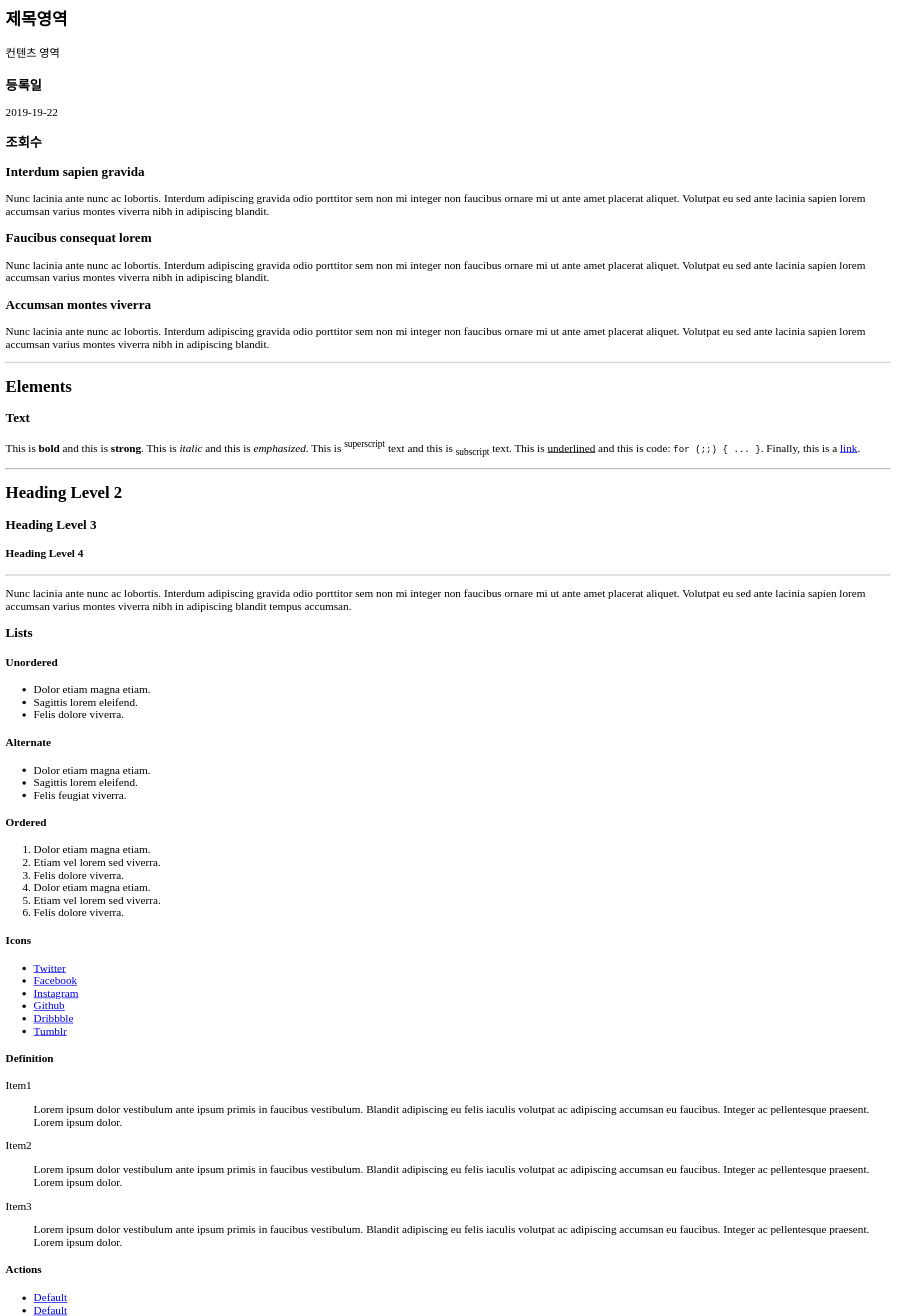
Repository: noCountJun/blog
Page: http://localhost/blogProject2/WEB-INF/views/board/boardDetail.jsp
The author's editor kept a copy of each file at every save. The page is drawn from the files as they stood at one save, then again after the next save.
The browser window is 1280 px wide. The page is 1288 px wide, so the pictures cover 1288 px, including what lies to the right of the window. The pictures show the part of the page from y = 0 to 1880 px (the page is 7579 px tall before and 7678 px after), at 70% of full size.
The page is served by Tomcat 9. Nobody is signed in. Other server files are loaded and not shown. The template is opened directly, without the code that normally fills it, so the values that code supplies are empty.

Above is the page before, as saved 2019-08-23 07:51:38.

### blogProject2/src/main/webapp/WEB-INF/views/board/boardDetail.jsp
<%@ page contentType="text/html; charset=utf-8" pageEncoding="utf-8"%>
<%@ taglib uri="http://java.sun.com/jsp/jstl/core" prefix="c" %>
<%@ page session="false" %>

<!-- Content -->
<section>

	<!-- Content -->
		<h2 id="content">제목영역</h2>

		<div class="box">
				컨텐츠 영역
		</div>

		<p/>

		<div class="row">
			<div class="col-6 col-12-small">
				<h3>등록일</h3>
				<p>2019-19-22</p>
			</div>
			<div class="col-6 col-12-small">
				<h3>조회수</h3>
				<p></p>
			</div>
			<!-- Break -->
			<div class="col-4 col-12-medium">
				<h3>Interdum sapien gravida</h3>
				<p>Nunc lacinia ante nunc ac lobortis. Interdum adipiscing gravida odio porttitor sem non mi integer non faucibus ornare mi ut ante amet placerat aliquet. Volutpat eu sed ante lacinia sapien lorem accumsan varius montes viverra nibh in adipiscing blandit.</p>
			</div>
			<div class="col-4 col-12-medium">
				<h3>Faucibus consequat lorem</h3>
				<p>Nunc lacinia ante nunc ac lobortis. Interdum adipiscing gravida odio porttitor sem non mi integer non faucibus ornare mi ut ante amet placerat aliquet. Volutpat eu sed ante lacinia sapien lorem accumsan varius montes viverra nibh in adipiscing blandit.</p>
			</div>
			<div class="col-4 col-12-medium">
				<h3>Accumsan montes viverra</h3>
				<p>Nunc lacinia ante nunc ac lobortis. Interdum adipiscing gravida odio porttitor sem non mi integer non faucibus ornare mi ut ante amet placerat aliquet. Volutpat eu sed ante lacinia sapien lorem accumsan varius montes viverra nibh in adipiscing blandit.</p>
			</div>
		</div>

	<hr class="major" />

	<!-- Elements -->
		<h2 id="elements">Elements</h2>
		<div class="row gtr-200">
			<div class="col-6 col-12-medium">

				<!-- Text stuff -->
					<h3>Text</h3>
					<p>This is <b>bold</b> and this is <strong>strong</strong>. This is <i>italic</i> and this is <em>emphasized</em>.
					This is <sup>superscript</sup> text and this is <sub>subscript</sub> text.
					This is <u>underlined</u> and this is code: <code>for (;;) { ... }</code>.
					Finally, this is a <a href="#">link</a>.</p>
					<hr />
					<h2>Heading Level 2</h2>
					<h3>Heading Level 3</h3>
					<h4>Heading Level 4</h4>
					<hr />
					<p>Nunc lacinia ante nunc ac lobortis. Interdum adipiscing gravida odio porttitor sem non mi integer non faucibus ornare mi ut ante amet placerat aliquet. Volutpat eu sed ante lacinia sapien lorem accumsan varius montes viverra nibh in adipiscing blandit tempus accumsan.</p>

				<!-- Lists -->
					<h3>Lists</h3>
					<div class="row">
						<div class="col-6 col-12-small">

							<h4>Unordered</h4>
							<ul>
								<li>Dolor etiam magna etiam.</li>
								<li>Sagittis lorem eleifend.</li>
								<li>Felis dolore viverra.</li>
							</ul>

							<h4>Alternate</h4>
							<ul class="alt">
								<li>Dolor etiam magna etiam.</li>
								<li>Sagittis lorem eleifend.</li>
								<li>Felis feugiat viverra.</li>
							</ul>

						</div>
						<div class="col-6 col-12-small">

							<h4>Ordered</h4>
							<ol>
								<li>Dolor etiam magna etiam.</li>
								<li>Etiam vel lorem sed viverra.</li>
								<li>Felis dolore viverra.</li>
								<li>Dolor etiam magna etiam.</li>
								<li>Etiam vel lorem sed viverra.</li>
								<li>Felis dolore viverra.</li>
							</ol>

							<h4>Icons</h4>
							<ul class="icons">
								<li><a href="#" class="icon brands fa-twitter"><span class="label">Twitter</span></a></li>
								<li><a href="#" class="icon brands fa-facebook-f"><span class="label">Facebook</span></a></li>
								<li><a href="#" class="icon brands fa-instagram"><span class="label">Instagram</span></a></li>
								<li><a href="#" class="icon brands fa-github"><span class="label">Github</span></a></li>
								<li><a href="#" class="icon brands fa-dribbble"><span class="label">Dribbble</span></a></li>
								<li><a href="#" class="icon brands fa-tumblr"><span class="label">Tumblr</span></a></li>
							</ul>

						</div>
					</div>
					<h4>Definition</h4>
					<dl>
						<dt>Item1</dt>
						<dd>
							<p>Lorem ipsum dolor vestibulum ante ipsum primis in faucibus vestibulum. Blandit adipiscing eu felis iaculis volutpat ac adipiscing accumsan eu faucibus. Integer ac pellentesque praesent. Lorem ipsum dolor.</p>
						</dd>
						<dt>Item2</dt>
						<dd>
							<p>Lorem ipsum dolor vestibulum ante ipsum primis in faucibus vestibulum. Blandit adipiscing eu felis iaculis volutpat ac adipiscing accumsan eu faucibus. Integer ac pellentesque praesent. Lorem ipsum dolor.</p>
						</dd>
						<dt>Item3</dt>
						<dd>
							<p>Lorem ipsum dolor vestibulum ante ipsum primis in faucibus vestibulum. Blandit adipiscing eu felis iaculis volutpat ac adipiscing accumsan eu faucibus. Integer ac pellentesque praesent. Lorem ipsum dolor.</p>
						</dd>
					</dl>

					<h4>Actions</h4>
					<ul class="actions">
						<li><a href="#" class="button primary">Default</a></li>
						<li><a href="#" class="button">Default</a></li>
					</ul>
					<ul class="actions small">
						<li><a href="#" class="button primary small">Small</a></li>
						<li><a href="#" class="button small">Small</a></li>
					</ul>
					<div class="row">
						<div class="col-6 col-12-small">
							<ul class="actions stacked">
								<li><a href="#" class="button primary">Default</a></li>
								<li><a href="#" class="button">Default</a></li>
							</ul>
						</div>
						<div class="col-6 col-12-small">
							<ul class="actions stacked">
								<li><a href="#" class="button primary small">Small</a></li>
								<li><a href="#" class="button small">Small</a></li>
							</ul>
						</div>
						<div class="col-6 col-12-small">
							<ul class="actions stacked">
								<li><a href="#" class="button primary fit">Default</a></li>
								<li><a href="#" class="button fit">Default</a></li>
							</ul>
						</div>
						<div class="col-6 col-12-small">
							<ul class="actions stacked">
								<li><a href="#" class="button primary small fit">Small</a></li>
								<li><a href="#" class="button small fit">Small</a></li>
							</ul>
						</div>
					</div>

					<h4>Pagination</h4>
					<ul class="pagination">
						<li><span class="button disabled">Prev</span></li>
						<li><a href="#" class="page active">1</a></li>
						<li><a href="#" class="page">2</a></li>
						<li><a href="#" class="page">3</a></li>
						<li><span>&hellip;</span></li>
						<li><a href="#" class="page">8</a></li>
						<li><a href="#" class="page">9</a></li>
						<li><a href="#" class="page">10</a></li>
						<li><a href="#" class="button">Next</a></li>
					</ul>

				<!-- Blockquote -->
					<h3>Blockquote</h3>
					<blockquote>Lorem ipsum dolor vestibulum ante ipsum primis in faucibus vestibulum. Blandit adipiscing eu felis iaculis volutpat ac adipiscing accumsan eu faucibus. Integer ac pellentesque praesent. Lorem ipsum dolor. Lorem ipsum dolor vestibulum ante ipsum primis in faucibus vestibulum. Blandit adipiscing eu felis iaculis volutpat ac adipiscing accumsan eu faucibus.</blockquote>

				<!-- Table -->
					<h3>Table</h3>

					<h4>Default</h4>
					<div class="table-wrapper">
						<table>
							<thead>
								<tr>
									<th>Name</th>
									<th>Description</th>
									<th>Price</th>
								</tr>
							</thead>
							<tbody>
								<tr>
									<td>Item1</td>
									<td>Ante turpis integer aliquet porttitor.</td>
									<td>29.99</td>
								</tr>
								<tr>
									<td>Item2</td>
									<td>Vis ac commodo adipiscing arcu aliquet.</td>
									<td>19.99</td>
								</tr>
								<tr>
									<td>Item3</td>
									<td> Morbi faucibus arcu accumsan lorem.</td>
									<td>29.99</td>
								</tr>
								<tr>
									<td>Item4</td>
									<td>Vitae integer tempus condimentum.</td>
									<td>19.99</td>
								</tr>
								<tr>
									<td>Item5</td>
									<td>Ante turpis integer aliquet porttitor.</td>
									<td>29.99</td>
								</tr>
							</tbody>
							<tfoot>
								<tr>
									<td colspan="2"></td>
									<td>100.00</td>
								</tr>
							</tfoot>
						</table>
					</div>

					<h4>Alternate</h4>
					<div class="table-wrapper">
						<table class="alt">
							<thead>
								<tr>
									<th>Name</th>
									<th>Description</th>
									<th>Price</th>
								</tr>
							</thead>
							<tbody>
								<tr>
									<td>Item1</td>
									<td>Ante turpis integer aliquet porttitor.</td>
									<td>29.99</td>
								</tr>
								<tr>
									<td>Item2</td>
									<td>Vis ac commodo adipiscing arcu aliquet.</td>
									<td>19.99</td>
								</tr>
								<tr>
									<td>Item3</td>
									<td> Morbi faucibus arcu accumsan lorem.</td>
									<td>29.99</td>
								</tr>
								<tr>
									<td>Item4</td>
									<td>Vitae integer tempus condimentum.</td>
									<td>19.99</td>
								</tr>
								<tr>
									<td>Item5</td>
									<td>Ante turpis integer aliquet porttitor.</td>
									<td>29.99</td>
								</tr>
							</tbody>
							<tfoot>
								<tr>
									<td colspan="2"></td>
									<td>100.00</td>
								</tr>
							</tfoot>
						</table>
					</div>

			</div>
			<div class="col-6 col-12-medium">

				<!-- Buttons -->
					<h3>Buttons</h3>
					<ul class="actions">
						<li><a href="#" class="button primary">Primary</a></li>
						<li><a href="#" class="button">Default</a></li>
					</ul>
					<ul class="actions">
						<li><a href="#" class="button large">Large</a></li>
						<li><a href="#" class="button">Default</a></li>
						<li><a href="#" class="button small">Small</a></li>
					</ul>
					<ul class="actions">
						<li><a href="#" class="button primary large">Large</a></li>
						<li><a href="#" class="button primary">Default</a></li>
						<li><a href="#" class="button primary small">Small</a></li>
					</ul>
					<ul class="actions fit">
						<li><a href="#" class="button primary fit">Fit</a></li>
						<li><a href="#" class="button fit">Fit</a></li>
					</ul>
					<ul class="actions fit small">
						<li><a href="#" class="button primary fit small">Fit + Small</a></li>
						<li><a href="#" class="button fit small">Fit + Small</a></li>
					</ul>
					<ul class="actions">
						<li><a href="#" class="button primary icon solid fa-search">Icon</a></li>
						<li><a href="#" class="button icon solid fa-download">Icon</a></li>
					</ul>
					<ul class="actions">
						<li><span class="button primary disabled">Primary</span></li>
						<li><span class="button disabled">Default</span></li>
					</ul>

				<!-- Form -->
					<h3>Form</h3>

					<form method="post" action="#">
						<div class="row gtr-uniform">
							<div class="col-6 col-12-xsmall">
								<input type="text" name="demo-name" id="demo-name" value="" placeholder="Name" />
							</div>
							<div class="col-6 col-12-xsmall">
								<input type="email" name="demo-email" id="demo-email" value="" placeholder="Email" />
							</div>
							<!-- Break -->
							<div class="col-12">
								<select name="demo-category" id="demo-category">
									<option value="">- Category -</option>
									<option value="1">Manufacturing</option>
									<option value="1">Shipping</option>
									<option value="1">Administration</option>
									<option value="1">Human Resources</option>
								</select>
							</div>
							<!-- Break -->
							<div class="col-4 col-12-small">
								<input type="radio" id="demo-priority-low" name="demo-priority" checked>
								<label for="demo-priority-low">Low</label>
							</div>
							<div class="col-4 col-12-small">
								<input type="radio" id="demo-priority-normal" name="demo-priority">
								<label for="demo-priority-normal">Normal</label>
							</div>
							<div class="col-4 col-12-small">
								<input type="radio" id="demo-priority-high" name="demo-priority">
								<label for="demo-priority-high">High</label>
							</div>
							<!-- Break -->
							<div class="col-6 col-12-small">
								<input type="checkbox" id="demo-copy" name="demo-copy">
								<label for="demo-copy">Email me a copy</label>
							</div>
							<div class="col-6 col-12-small">
								<input type="checkbox" id="demo-human" name="demo-human" checked>
								<label for="demo-human">I am a human</label>
							</div>
							<!-- Break -->
							<div class="col-12">
								<textarea name="demo-message" id="demo-message" placeholder="Enter your message" rows="6"></textarea>
							</div>
							<!-- Break -->
							<div class="col-12">
								<ul class="actions">
									<li><input type="submit" value="Send Message" class="primary" /></li>
									<li><input type="reset" value="Reset" /></li>
								</ul>
							</div>
						</div>
					</form>

				<!-- Image -->
					<h3>Image</h3>

					<h4>Fit</h4>
					<span class="image fit"><img src="images/pic11.jpg" alt="" /></span>
					<div class="box alt">
						<div class="row gtr-50 gtr-uniform">
							<div class="col-4"><span class="image fit"><img src="images/pic01.jpg" alt="" /></span></div>
							<div class="col-4"><span class="image fit"><img src="images/pic02.jpg" alt="" /></span></div>
							<div class="col-4"><span class="image fit"><img src="images/pic03.jpg" alt="" /></span></div>
							<!-- Break -->
							<div class="col-4"><span class="image fit"><img src="images/pic03.jpg" alt="" /></span></div>
							<div class="col-4"><span class="image fit"><img src="images/pic01.jpg" alt="" /></span></div>
							<div class="col-4"><span class="image fit"><img src="images/pic02.jpg" alt="" /></span></div>
							<!-- Break -->
							<div class="col-4"><span class="image fit"><img src="images/pic02.jpg" alt="" /></span></div>
							<div class="col-4"><span class="image fit"><img src="images/pic03.jpg" alt="" /></span></div>
							<div class="col-4"><span class="image fit"><img src="images/pic01.jpg" alt="" /></span></div>
						</div>
					</div>

					<h4>Left &amp; Right</h4>
					<p><span class="image left"><img src="images/pic01.jpg" alt="" /></span>Lorem ipsum dolor sit accumsan interdum nisi, quis tincidunt felis sagittis eget. tempus euismod. Vestibulum ante ipsum primis in faucibus vestibulum. Blandit adipiscing eu felis iaculis volutpat ac adipiscing accumsan eu faucibus. Integer ac pellentesque praesent tincidunt felis sagittis eget. tempus euismod. Vestibulum ante ipsum primis sagittis eget. tempus euismod. Vestibulum ante ipsum primis in faucibus vestibulum. Blandit adipiscing eu felis iaculis volutpat ac adipiscing accumsan eu faucibus. Integer ac pellentesque praesent.</p>
					<p><span class="image right"><img src="images/pic02.jpg" alt="" /></span>Lorem ipsum dolor sit accumsan interdum nisi, quis tincidunt felis sagittis eget. tempus euismod. Vestibulum ante ipsum primis in faucibus vestibulum. Blandit adipiscing eu felis iaculis volutpat ac adipiscing accumsan eu faucibus. Integer ac pellentesque praesent tincidunt felis sagittis eget. tempus euismod. Vestibulum ante ipsum primis sagittis eget. tempus euismod. Vestibulum ante ipsum primis in faucibus vestibulum. Blandit adipiscing eu felis iaculis volutpat ac adipiscing accumsan eu faucibus. Integer ac pellentesque praesent.</p>

				<!-- Box -->
					<h3>Box</h3>
					<div class="box">
						<p>Felis sagittis eget tempus primis in faucibus vestibulum. Blandit adipiscing eu felis iaculis volutpat ac adipiscing accumsan eu faucibus. Integer ac pellentesque praesent tincidunt felis sagittis eget. tempus euismod. Magna sed etiam ante ipsum primis in faucibus vestibulum.</p>
					</div>

				<!-- Preformatted Code -->
					<h3>Preformatted</h3>
					<pre><code>i = 0;

while (!deck.isInOrder()) {
    print 'Iteration ' + i;
    deck.shuffle();
    i++;
}

print 'It took ' + i + ' iterations to sort the deck.';
</code></pre>

			</div>
		</div>

</section>

After the next save:
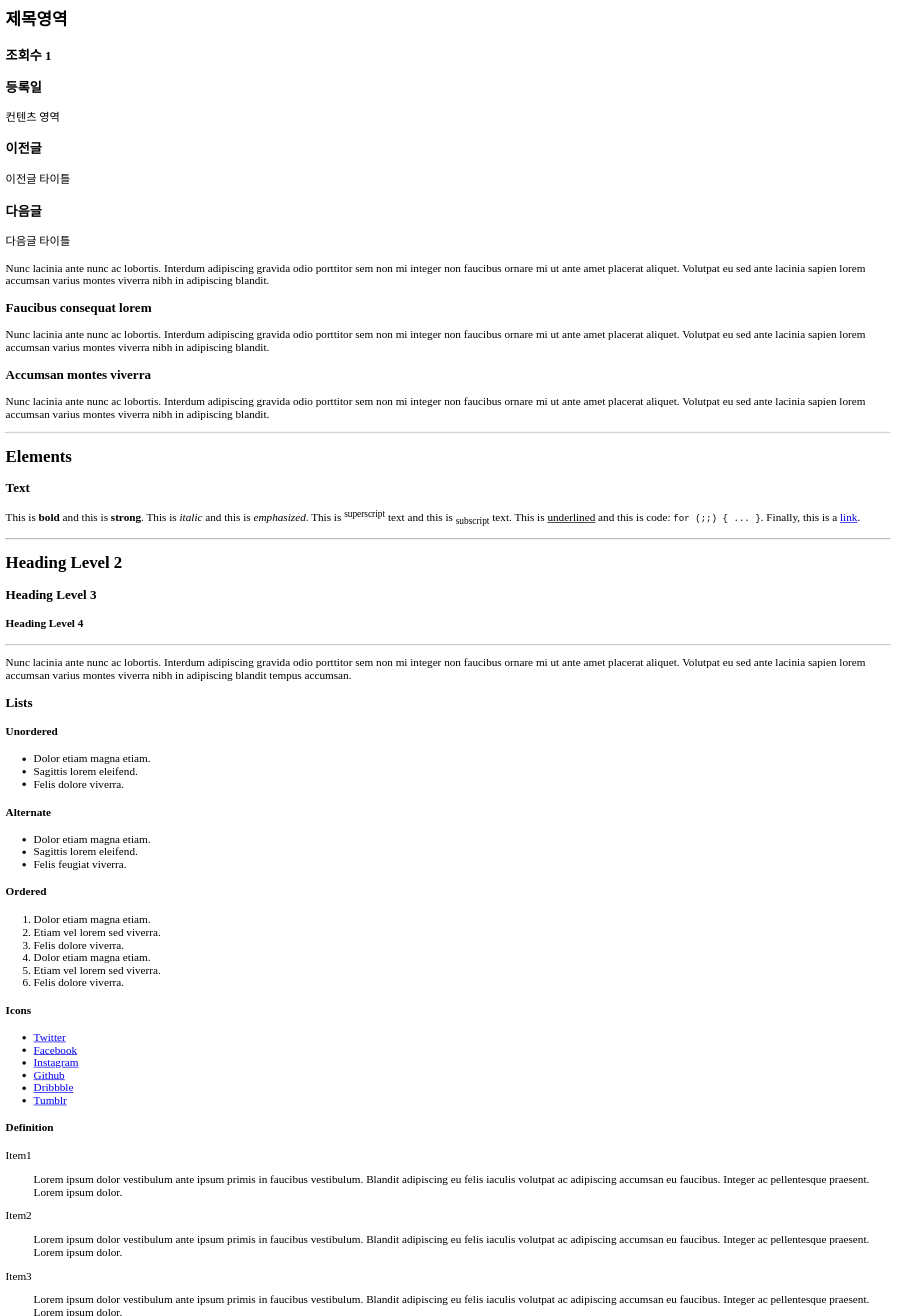
Saved 2 min 42 s later.
--- a/blogProject2/src/main/webapp/WEB-INF/views/board/boardDetail.jsp
+++ b/blogProject2/src/main/webapp/WEB-INF/views/board/boardDetail.jsp
@@ -7,6 +7,14 @@
 
 	<!-- Content -->
 		<h2 id="content">제목영역</h2>
+		<div class="row">
+			<div class="col-6 col-12-small">
+				<h3>조회수  1</h3>
+			</div>
+			<div class="col-6 col-12-small">
+				<h3>등록일 </h3>
+			</div>
+		</div>
 
 		<div class="box">
 				컨텐츠 영역
@@ -16,16 +24,16 @@
 
 		<div class="row">
 			<div class="col-6 col-12-small">
-				<h3>등록일</h3>
-				<p>2019-19-22</p>
+				<h3>이전글</h3>
+				<p>이전글 타이틀</p>
 			</div>
 			<div class="col-6 col-12-small">
-				<h3>조회수</h3>
-				<p></p>
+				<h3>다음글</h3>
+				<p>다음글 타이틀</p>
 			</div>
 			<!-- Break -->
 			<div class="col-4 col-12-medium">
-				<h3>Interdum sapien gravida</h3>
+				<h3></h3>
 				<p>Nunc lacinia ante nunc ac lobortis. Interdum adipiscing gravida odio porttitor sem non mi integer non faucibus ornare mi ut ante amet placerat aliquet. Volutpat eu sed ante lacinia sapien lorem accumsan varius montes viverra nibh in adipiscing blandit.</p>
 			</div>
 			<div class="col-4 col-12-medium">
